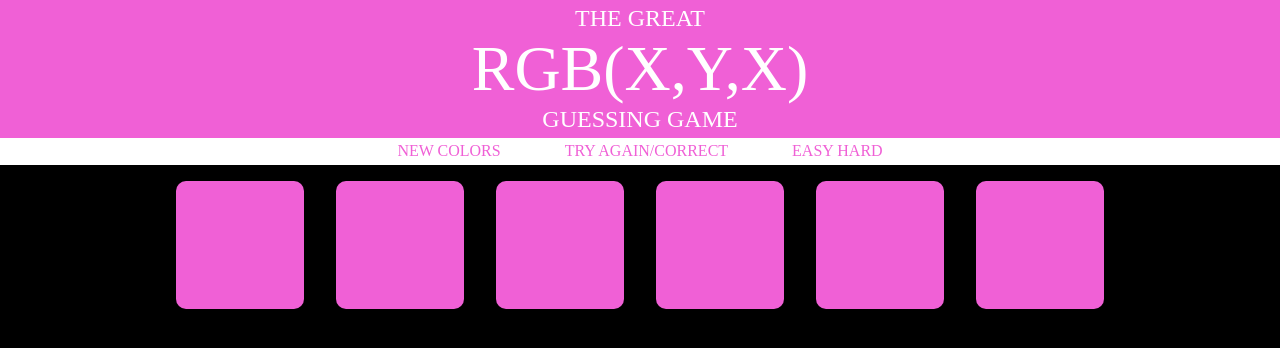
Repository: EEOOOO/javascript-projects
Page: rgbColorGameApp/index.html
These files come from the project's save history. The page is drawn as it stood at one moment and after the next save; the edit follows.
The browser window is 1280 px wide. The pictures show the whole page.

Above is the page before, as saved 2022-07-18 18:44:38.

### rgbColorGameApp/index.html
<!DOCTYPE html>
<html lang="en">
<head>
    <meta charset="UTF-8">
    <meta http-equiv="X-UA-Compatible" content="IE=edge">
    <meta name="viewport" content="width=device-width, initial-scale=1.0">
    <script defer src="rgbColorGame.js"></script>
    <link rel="stylesheet" href="style.css">
    <title>RGB Color Game</title>
</head>
<body>
    <header>
        <div class="headerMain">
            <span class="gameTitle">THE GREAT</span>
            <span class="rgbQuestion">RGB(X,Y,X)</span>
            <span class="gameTitle">GUESSING GAME</span>
        </div>
        <ul class="headerButtons">
            <li>
                <div class="playNewGameButton">NEW COLORS</div>
            </li>
            <li>
                <div>
                    <span class="stateMessage">TRY AGAIN/CORRECT</span>
                </div>
            </li>
            <li>
                <div>
                    <span class="gameMode">EASY</span>
                    <span class="gameMode">HARD</span>
                </div>
            </li>
        </ul>
    </header>
    <main class="boxes">
        <div class="colorBox"></div>
        <div class="colorBox"></div>
        <div class="colorBox"></div>
        <div class="colorBox"></div>
        <div class="colorBox"></div>
        <div class="colorBox"></div>
    </main>
</body>
</html>

### rgbColorGameApp/rgbColorGame.js
let playGameBtn;

### rgbColorGameApp/style.css
:root {
  --color-now: #f060d6;
}
body {
  width: 100%;
  background-color: black;
  margin: 0;
}

header {
  width: 100%;
  text-align: center;
  background-color: var(--color-now);
}
.headerMain {
  color: white;
  display: flex;
  align-items: center;
  flex-direction: column;
  padding: 0.3rem;
}
.headerMain .rgbQuestion {
  font-size: 4rem;
}
.headerMain .gameTitle {
  font-size: 1.5rem;
}
.headerButtons {
  margin: 0;
  padding: 0.3rem;
  list-style: none;
  display: flex;
  align-items: center;
  justify-content: center;
  background-color: white;
  color: var(--color-now);
}
.headerButtons li {
  margin: 0 2rem;
}
.boxes {
  display: flex;
  align-items: center;
  justify-content: center;
}
.colorBox {
  background-color: var(--color-now);
  width: 8rem;
  height: 8rem;
  border-radius: 10px;
  margin: 1rem;
}

After the next save:
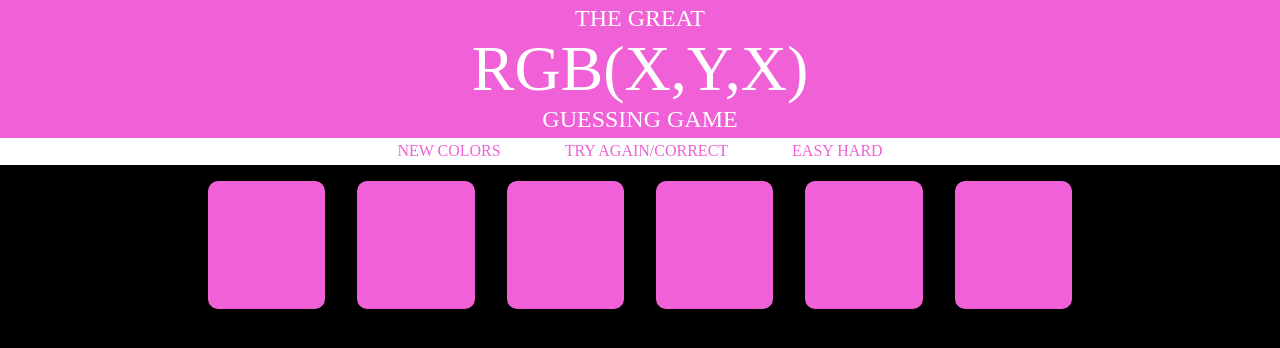
Saved 27 s later.
--- a/rgbColorGameApp/style.css
+++ b/rgbColorGameApp/style.css
@@ -42,6 +42,8 @@ header {
   display: flex;
   align-items: center;
   justify-content: center;
+  width: 70%;
+  margin: auto;
 }
 .colorBox {
   background-color: var(--color-now);
